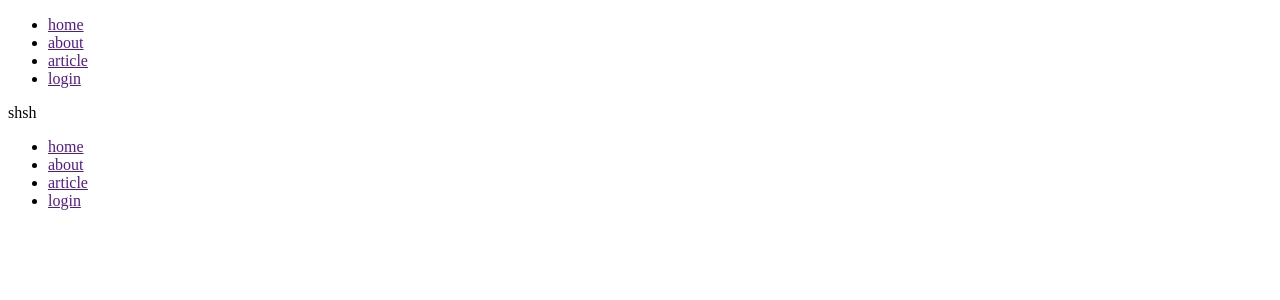
Repository: syawal2kalii/parsinta_clone_model
Page: http://localhost/home
The author's editor kept a copy of each file at every save. The page is drawn from the files as they stood at one save, then again after the next save.
The browser window is 1280 px wide. The pictures show the whole page.
The page is served by the project's Laravel application, run on PHP 8.4 with Laravel 8.

Above is the page before, as saved 2019-12-26 14:44:14.

After the next save:
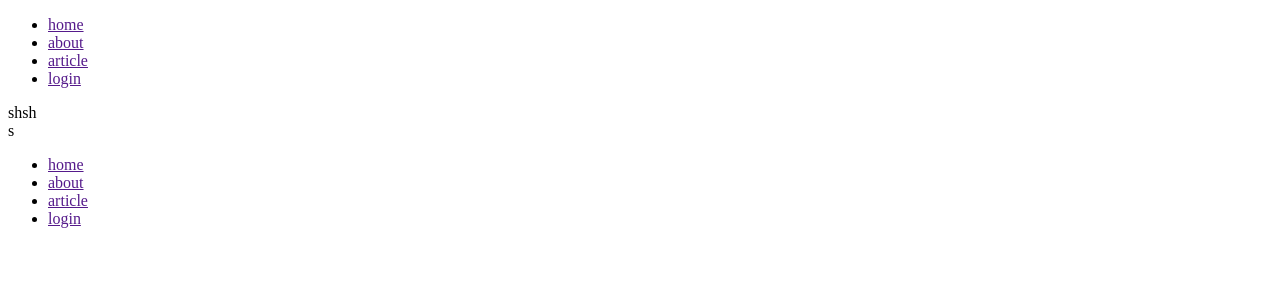
Saved 9 s later.
--- a/resources/views/home.blade.php
+++ b/resources/views/home.blade.php
@@ -1,6 +1,6 @@
 @extends('layout.master')
 @section('content')
-shsh
+shsh <br> s
 @include('layout.navigation')
 
 @endsection
